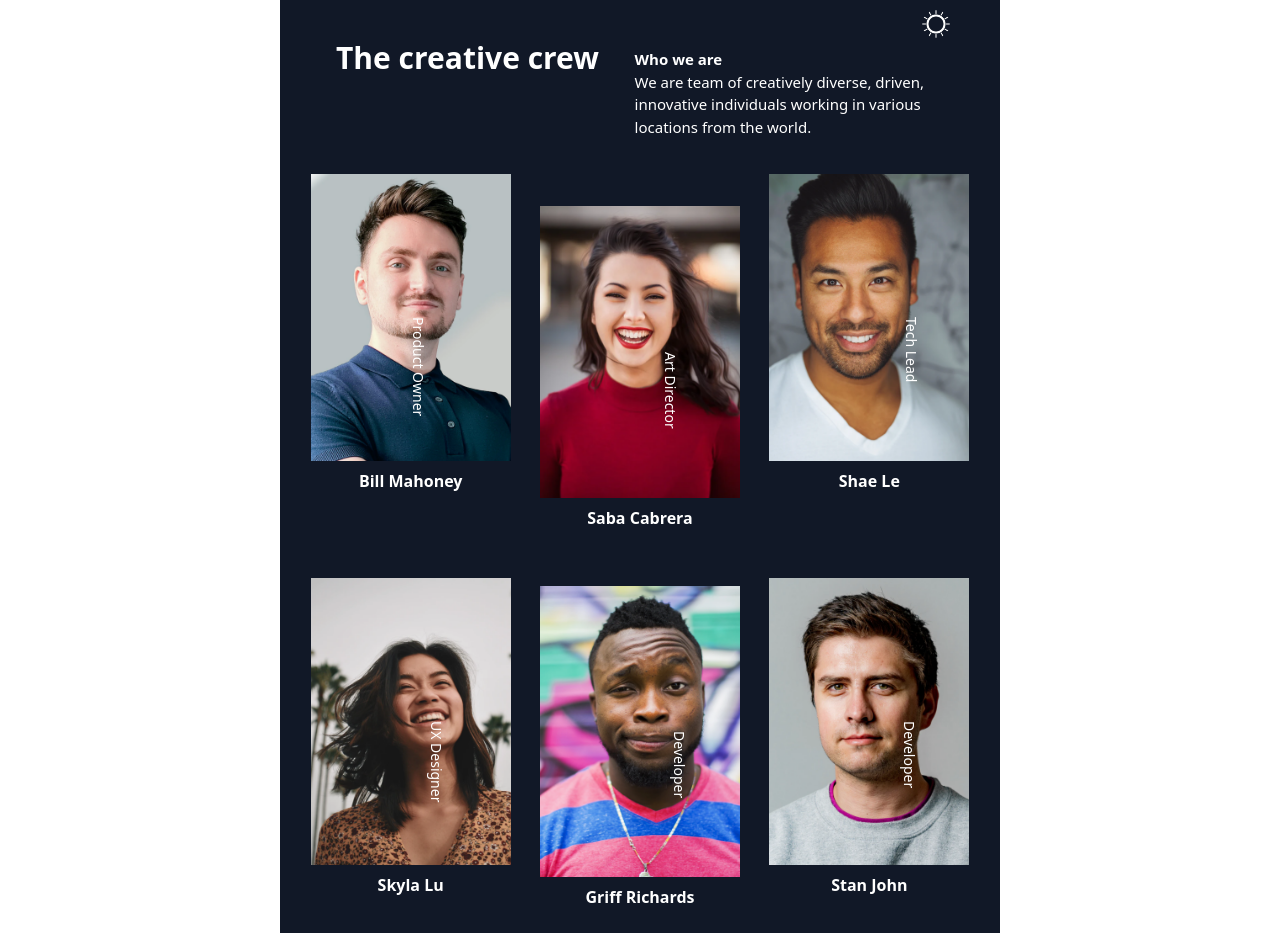
Repository: Alzate1075/Funval-G3-N2
Page: /
These files come from the project's save history. The page is drawn as it stood at one moment and after the next save; the edit follows.
The browser window is 1280 px wide. The pictures show the whole page.
The project was rebuilt for these pictures with package versions that can differ from the ones it lists, and the page was loaded fresh each time. Also part of the build but not shown: vite.config.js.

Above is the page before, as saved 2025-07-02 23:52:22.

After the next save:
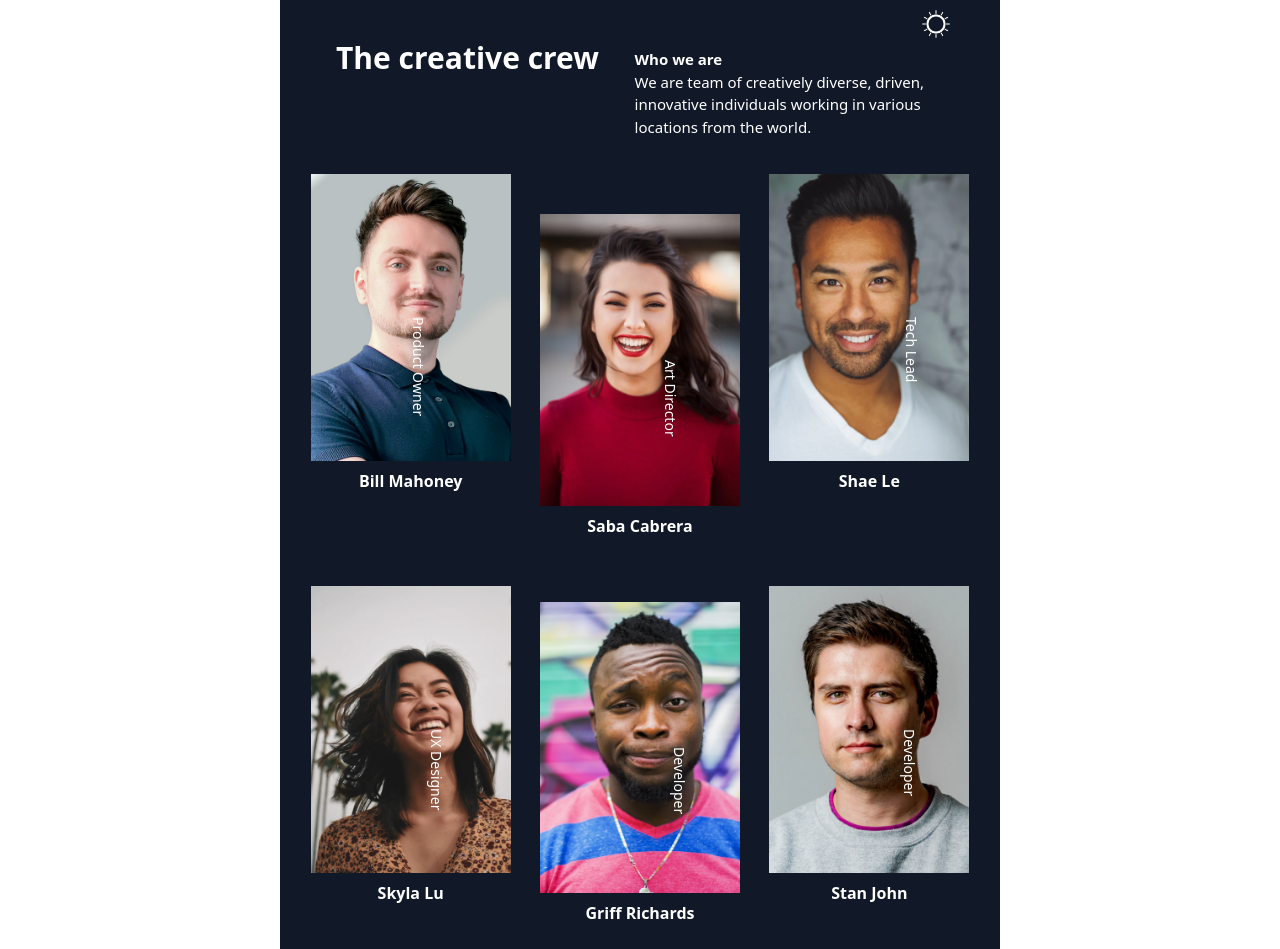
Saved 100 s later.
--- a/src/App.jsx
+++ b/src/App.jsx
@@ -29,7 +29,7 @@ function App() {
             role={persona.role}
             image={persona.image}
             extraClass={`${index % 2 === 1 ? "mt-6" : ""} ${
-              index % 3 === 1 ? "md:mt-8" : ""
+              index % 3 === 1 ? "md:mt-10" : ""
             }`}
           />
         ))}
